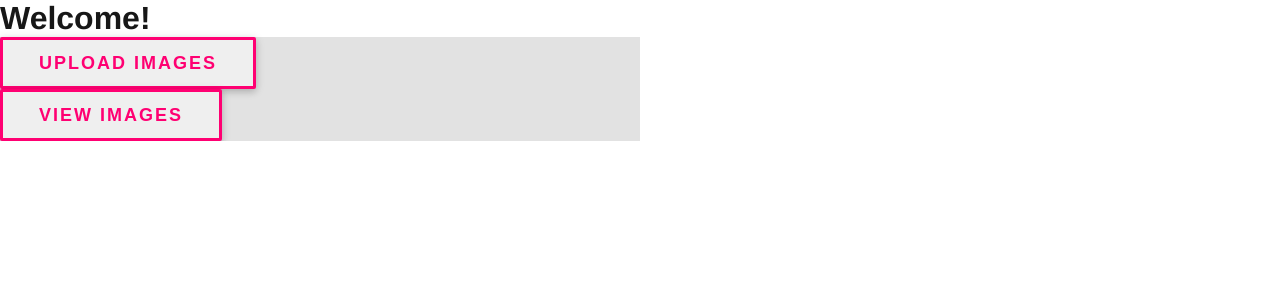
Repository: EricRobertCampbell/palaeo-fossil-classifier
Page: /dashboard (app in palaeo-fossil-classifier/)
These files come from the project's save history. The page is drawn as it stood at one moment and after the next save; the edit follows.
The browser window is 1280 px wide. The pictures show the whole page.
Some web libraries are served in a nearby version. The project was rebuilt for these pictures with package versions that can differ from the ones it lists, and the page was loaded fresh each time. The framework's server and built-in components were replaced by stand-ins that run in the browser. Also part of the build but not shown: palaeo-fossil-classifier/next.config.ts, palaeo-fossil-classifier/app/admin.tsx, palaeo-fossil-classifier/app/classify.tsx.

Above is the page before, as saved 2024-11-30 14:39:51.

After the next save:
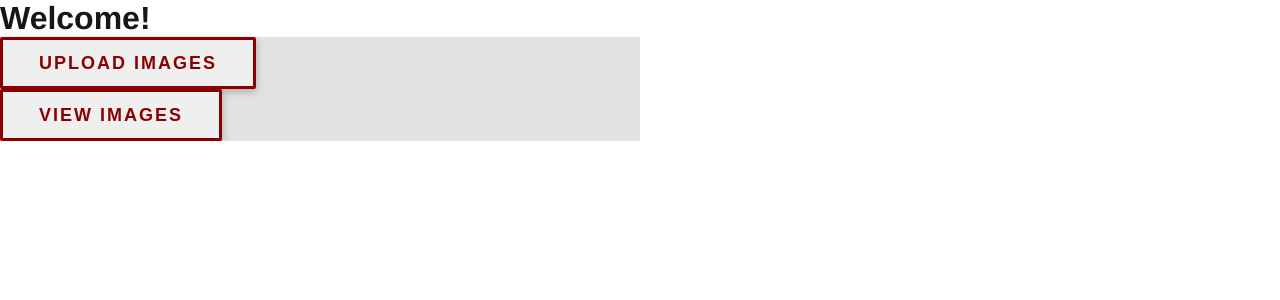
Saved 14 s later.
--- a/palaeo-fossil-classifier/app/dashboard/page.module.css
+++ b/palaeo-fossil-classifier/app/dashboard/page.module.css
@@ -24,11 +24,11 @@ height: 50%;
     text-align: center;
     font-weight: bold;
     padding: 0.7em 2em;
-    border: 3px solid #FF0072;
+    border: 3px solid #8b0000;
     border-radius: 2px;
     position: relative;
     box-shadow: 0 2px 10px rgba(0, 0, 0, 0.16), 0 3px 6px rgba(0, 0, 0, 0.1);
-    color: #FF0072;
+    color: #8b0000;
     text-decoration: none;
     transition: 0.3s ease all;
     z-index: 1;
